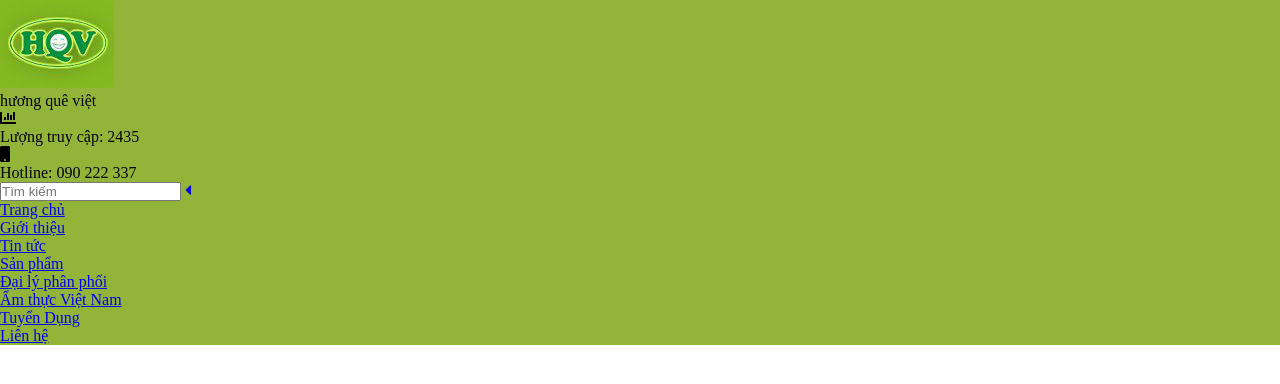
Repository: NgocTruong0701/Self_Learning
Page: html/practice/Baitapweb/index.html
An editor plug-in stored every save of this project. The page is shown before and after the next save, followed by the edit.
The browser window is 1280 px wide. The pictures show the whole page.

Above is the page before, as saved 2021-10-06 16:33:00.

### html/practice/Baitapweb/index.html
<!DOCTYPE html>
<html>
    <head>
        <title>Web Bài 4</title>
        <meta charset="UTF-8">
        <meta name="author" content="Lê Ngọc Trường">
        <link rel="stylesheet" type="text/css" href="./assets/css/styles.css">
        <link rel="stylesheet" href="./assets/font/fontawesome-free-5.15.4-web/css/all.css">
    </head>

    <body>
        <!-- Begin Header -->
        <header>
            <!-- logo -->
            <div class="logo">
                <img src="./assets/pictures/logo/logo.jpg" alt="logo">
            </div>

            <!-- tiêu đề -->
            <div class="header-heading">
                hương quê việt
            </div>

            <!-- khối bên phải -->
            <div class="box-right">
                <div class="thongtin">
                    <div class="ltruycap">
                        <i class="fas fa-chart-bar"></i>
                        <p>Lượng truy cập: 2435</p>
                    </div>

                    <div class="hotline">
                        <i class="fas fa-mobile"></i>
                        <p>Hotline: 090 222 337</p>
                    </div>
                </div>

                <div class="search">
                    <form action="url" method="GET">
                        <input type="text" placeholder="Tìm kiếm">
                        <a href="#">
                            <i class="fas fa-caret-left"></i>
                        </a>
                    </form>
                </div>
            </div>

            <!-- menu header -->
            <div class="menu-header">
                <ul class="menu-tren">
                    <li><a href="#">Trang chủ</a></li>
                    <li><a href="#">Giới thiệu</a></li>
                    <li><a href="#">Tin tức</a></li>
                    <li><a href="#">Sản phẩm</a></li>
                    <li><a href="#">Đại lý phân phối</a></li>
                    <li><a href="#">Ẩm thực Việt Nam</a></li>
                    <li><a href="#">Tuyển Dụng</a></li>
                    <li><a href="#">Liên hệ</a></li>
                </ul>
            </div>

        </header>
        <!-- End Header -->

        <!-- Begin Body -->
        <div id="container">

        </div>
        <!-- End Body -->

        <!-- Begin Footer -->
        <footer>

        </footer>
        <!-- End Footer -->
    </body>
</html>

### html/practice/Baitapweb/assets/css/styles.css
/* RESET CSS */
*{
    padding:0;
    margin: 0;
    box-sizing:border-box;
}

/* Begin Header */
header{
    background-color: #91b439;
}

/* End Header */

/* Begin Container */




/* End Container */

/* Begin Footer */





/* End Footer */

Loaded but not shown: html/practice/Baitapweb/Web4-Webside-LeNgocTruong-2020601391/assets/font/fontawesome-free-5.15.4-web/css/all.css (library)

After the next save:
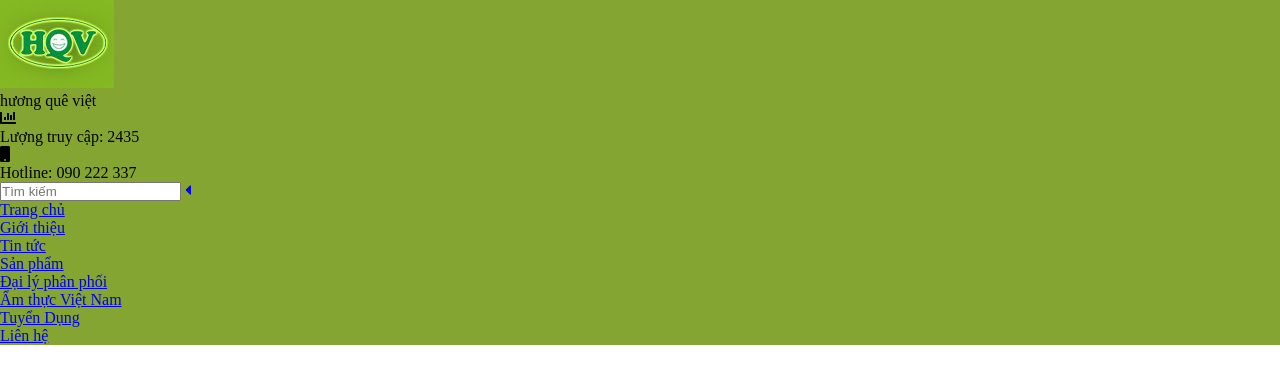
Saved 30 s later.
--- a/html/practice/Baitapweb/assets/css/styles.css
+++ b/html/practice/Baitapweb/assets/css/styles.css
@@ -7,7 +7,7 @@
 
 /* Begin Header */
 header{
-    background-color: #91b439;
+    background-color: #85a532;
 }
 
 /* End Header */

After the save that followed:
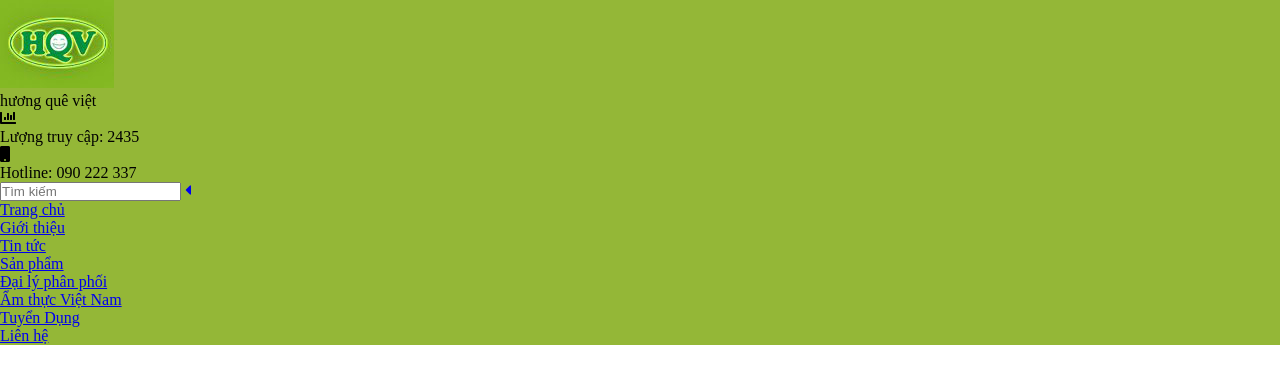
Saved 18 s later.
--- a/html/practice/Baitapweb/assets/css/styles.css
+++ b/html/practice/Baitapweb/assets/css/styles.css
@@ -7,7 +7,7 @@
 
 /* Begin Header */
 header{
-    background-color: #85a532;
+    background-color: #94b737;
 }
 
 /* End Header */
